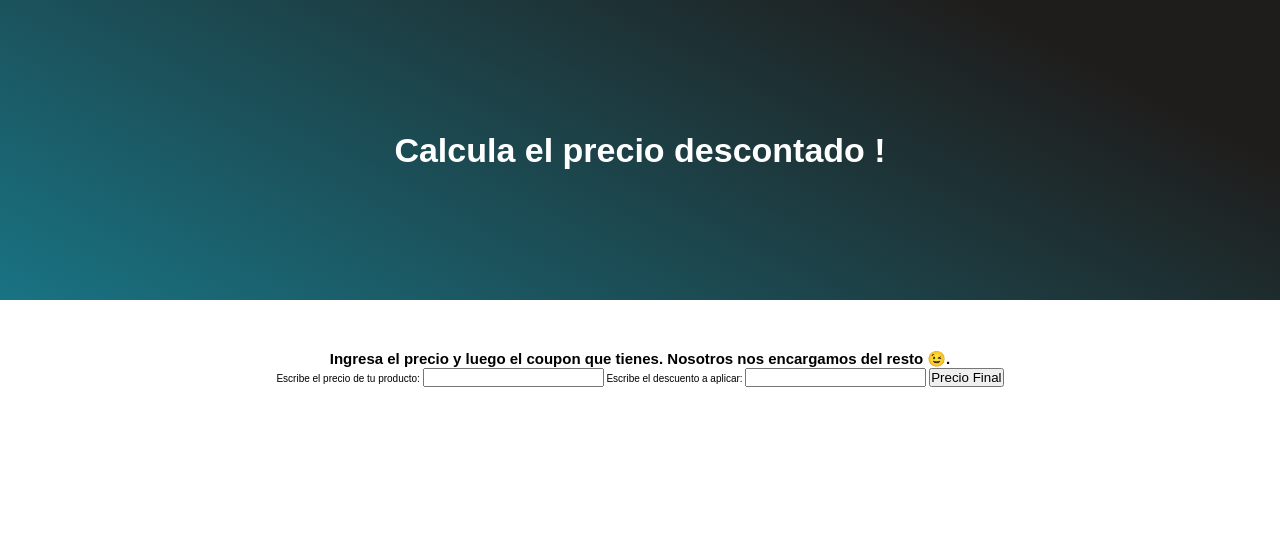
Repository: ChristianGecchelin/javascript-project
Page: javascript-project/descuentos y porcentajes/descuentos.html
The author's editor kept a copy of each file at every save. The page is drawn from the files as they stood at one save, then again after the next save.
The browser window is 1280 px wide. The pictures show the whole page.

Above is the page before, as saved 2021-12-05 18:17:40.

### javascript-project/descuentos y porcentajes/descuentos.html
<!DOCTYPE html>
<html lang="es">
  <head>
    <meta charset="UTF-8" />
    <meta http-equiv="X-UA-Compatible" content="IE=edge" />
    <meta name="viewport" content="width=device-width, initial-scale=1.0" />
    <title>Porcentajes y descuentos</title>
    <link rel="stylesheet" href="./style.css" />
  </head>
  <body>
    <header>
      <div class="header--title-container">
        <h1>Calcula el precio descontado !</h1>
      </div>
    </header>
    <main>
      <section class="title-container">
        <h2 class="title">
          Ingresa el precio y luego el coupon que tienes. Nosotros nos
          encargamos del resto 😉.
        </h2>
        <div class="container-form">
          <form action="">
            <label for="inputPrice"> Escribe el precio de tu producto:</label>
            <input type="number" id="inputPrice" />
            <label for="inputCoupon">Escribe el descuento a aplicar:</label>
            <input type="number" id="inputCoupon" />
            <button type="button" onclick="calculateDiscountPrice()">
              Precio Final
            </button>
          </form>
        </div>
        <section class="container-answer">
          <p id="resultFunction"></p>
        </section>
      </section>
    </main>

    <script src="./descuentos.js"></script>
  </body>
</html>

### javascript-project/descuentos y porcentajes/style.css
:root {
  --Dark-lightblue: #197383;
  --soft-orange: #ffe9d5;
  --secondary-blue: #1a9af7;
  --soft-blue: #e7f5ff;
  --warm-black: #201e1c;
  --black: #282623;
  --grey: #bababa;
  --off-white: #faf8f7;
  --just-white: #fff;
}
* {
  box-sizing: border-box;
  margin: 0;
  padding: 0;
}
html {
  font-size: 62.5%;
  font-family: "DM Sans", sans-serif;
}
header {
  position: relative;
  display: flex;
  flex-direction: column;
  justify-content: center;
  width: 100%;
  min-width: 320px;
  height: 300px;
  text-align: center;
  background: linear-gradient(207.8deg, #1f1d1c 16.69%, #197383 100%);
}
header .header--title-container {
  display: flex;
  justify-content: center;
  align-self: center;
  width: 90%;
  min-width: 288px;
  max-width: 900px;
  height: 200px;
  text-align: center;
}
header .header--title-container h1 {
  margin: auto;
  font-size: 3.4rem;
  font-weight: 700;
  line-height: 3.6rem;
  color: var(--just-white);
}
.title-container {
  width: 90%;
  height: auto;
  margin: 0 auto;
  padding-top: 50px;
  padding-bottom: 100px;
  text-align: center;
}

### javascript-project/descuentos y porcentajes/descuentos.js
// Voy a relacionar los descuentos a cupones que el cliente puede aplicar para bajar el precio del producto
// 1° creo un array de objetos. propiedad: valor,
const coupons = [
  {
    name: "nuevo-socio",
    discount: 30,
  },
  { name: "primera-compra", discount: 15 },
  { name: "navidad", discount: 10 },
  {
    name: "cumpleaños",
    discount: 5,
  },
];
function calculoPrecioConDescuento(precio, descuento) {
  // Calculo el porcentaje final que PAGARA el cliente
  const porcentajePrecioConDescuento = 100 - descuento;
  const precioConDescuento = (precio * porcentajePrecioConDescuento) / 100;
  return precioConDescuento;
}
//Esta funcion es la que llamaremos cuando tocamos el boton
//tomamos los valores puestos en los input
function calculateDiscountPrice() {
  const inputPrice = document.getElementById("inputPrice");
  const priceValue = inputPrice.value;
  const inputCoupon = document.getElementById("inputCoupon");
  const couponValue = inputCoupon.value;
  // Esta funcion validara si coupon name es igual a coupon value, solo se ejecuta cuando la llamo

  const isCouponValueValid = function (coupon) {
    return coupon.name === coupon.value;
  };
  //recorreremos el array de cupones para ver si lo introducido en el input corresponde a un cupon valido mediante la funcion anterior y lo almacenamos en una constante
  const userCoupon = coupons.find(isCouponValueValid);
  //si no corresponde nos da un alert. Pero si es valido, la propiedad discount se la asigno a descuento y ejecuto las funciones para calcular
  //finalmente lo traslado al html
  if (!userCoupon) {
    alert(`El cupón ${couponValue} no es válido`);
  } else {
    const descuento = userCoupon.discount;
    const precioConDescuento = calculoPrecioConDescuento(priceValue, descuento);
    const resultP = document.getElementById("ResultP");
    resultP.innerText = `El precio con descuento es: ${precioConDescuento}`;
  }
}

After the next save:
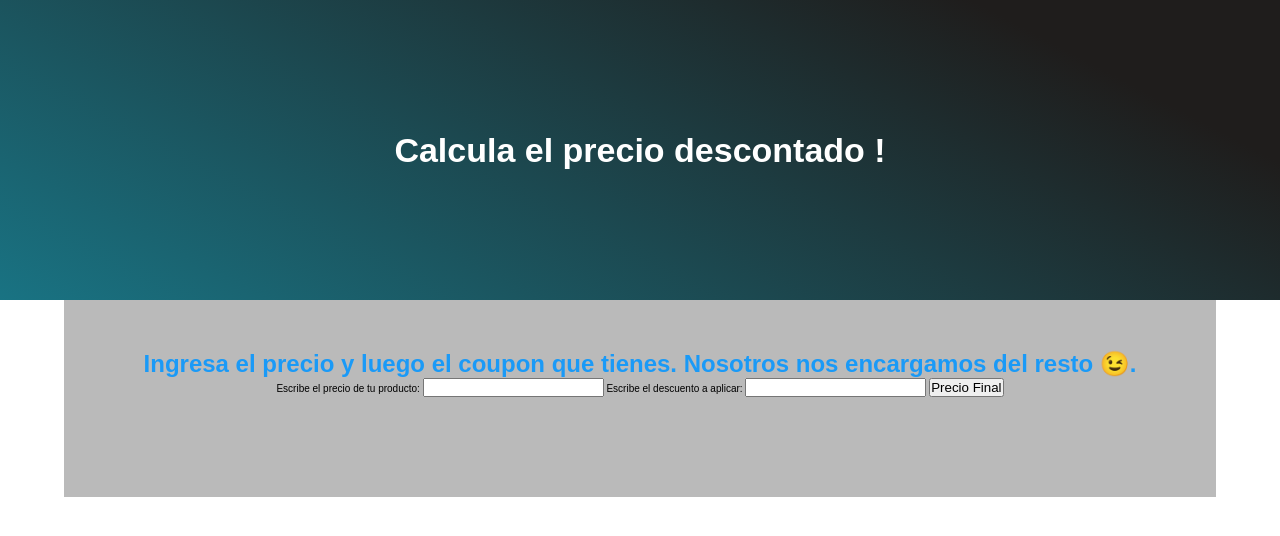
Saved 78 s later.
--- a/javascript-project/descuentos y porcentajes/style.css
+++ b/javascript-project/descuentos y porcentajes/style.css
@@ -53,4 +53,10 @@ header .header--title-container h1 {
   padding-top: 50px;
   padding-bottom: 100px;
   text-align: center;
+  background-color: #bababa;
 }
+.title-container .title {
+  font-size: 2.4rem;
+  font-weight: 700;
+  color: #1a9af7;
+}
